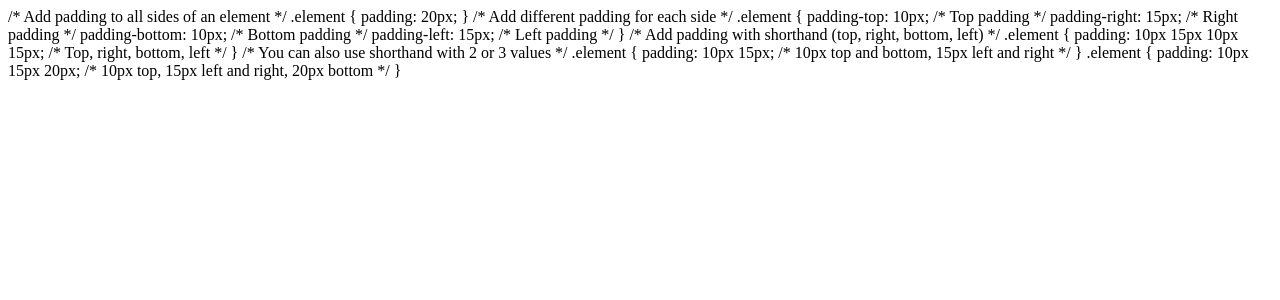
Repository: 12323397/K23KT
Page: css2.html
These files come from the project's save history. The page is drawn as it stood at one moment and after a run of saves; the edit follows.
The browser window is 1280 px wide. The pictures show the whole page.

Above is the page before, as saved 2025-01-29 14:46:09.

After the next 4 saves:
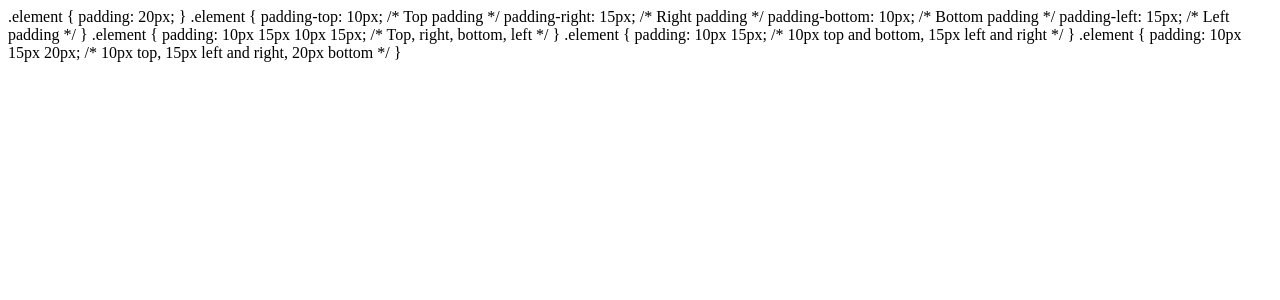
The 4 saves are shown as one change because they came seconds apart.
The last was saved 12 s later.
--- a/css2.html
+++ b/css2.html
@@ -1,9 +1,7 @@
-/* Add padding to all sides of an element */
 .element {
   padding: 20px;
 }
 
-/* Add different padding for each side */
 .element {
   padding-top: 10px;    /* Top padding */
   padding-right: 15px;  /* Right padding */
@@ -11,12 +9,10 @@
   padding-left: 15px;   /* Left padding */
 }
 
-/* Add padding with shorthand (top, right, bottom, left) */
 .element {
   padding: 10px 15px 10px 15px;  /* Top, right, bottom, left */
 }
 
-/* You can also use shorthand with 2 or 3 values */
 .element {
   padding: 10px 15px;  /* 10px top and bottom, 15px left and right */
 }
